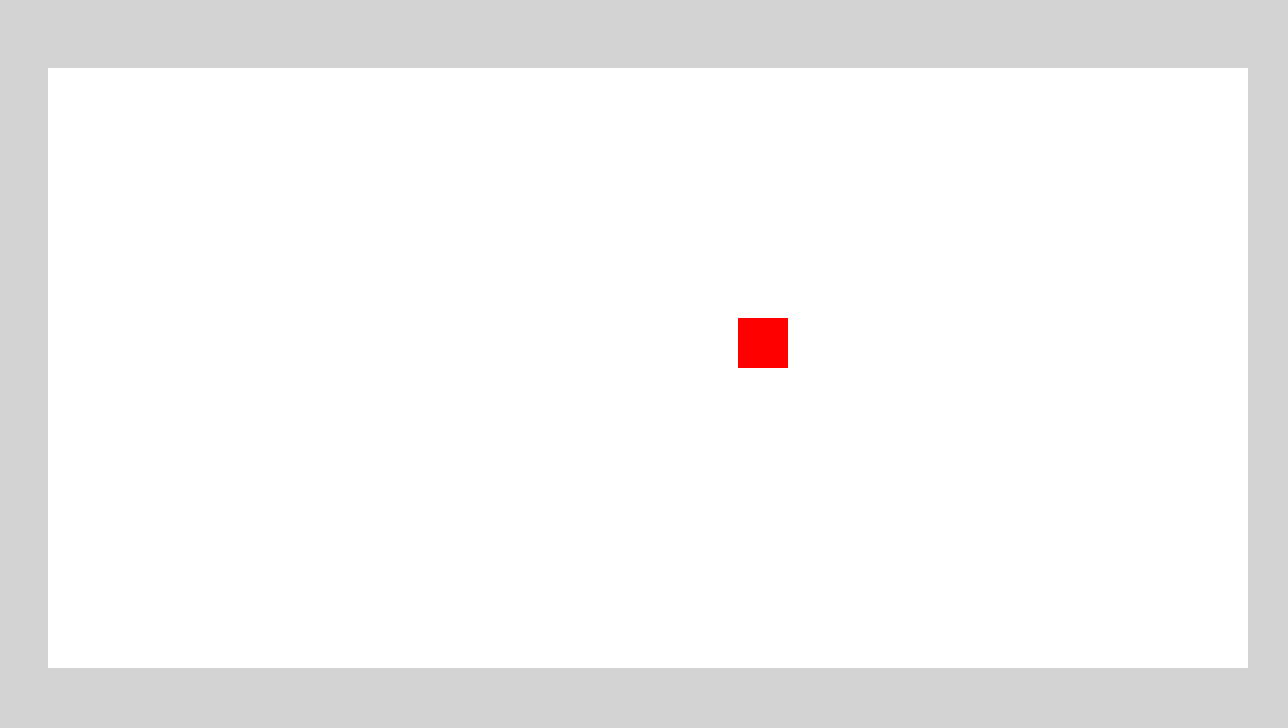
Repository: fbansept/ran3_24_jeu
Page: index.html
The author's editor kept a copy of each file at every save. The page is drawn from the files as they stood at one save, then again after the next save.
The browser window is 1280 px wide. The page is 1288 px wide, so the pictures cover 1288 px, including what lies to the right of the window. The pictures show the whole page.

Above is the page before, as saved 2024-11-04 09:32:27.

After the next save:
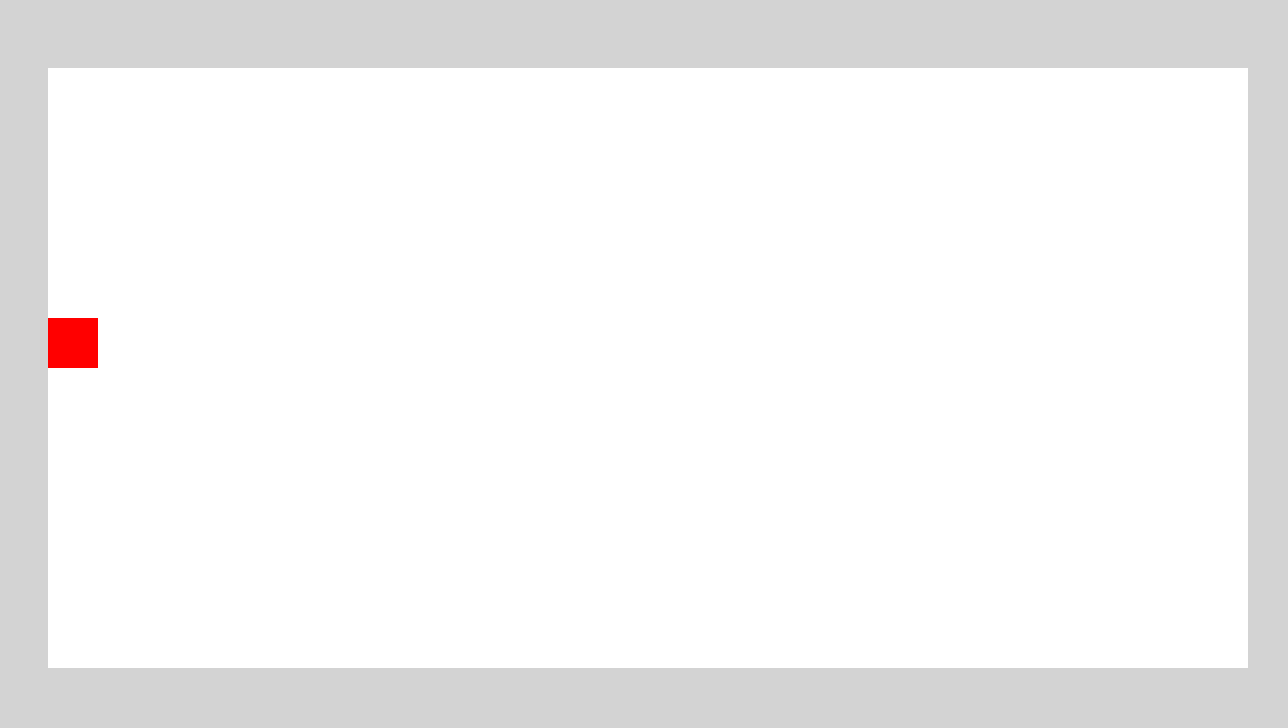
Console error: SyntaxError: Identifier 'hauteurScene' has already been declared
Saved 4 s later.
--- a/script.js
+++ b/script.js
@@ -9,7 +9,7 @@
 
 let positionXjoueur = 0;
 let vitesseX = 10;
-
+let hauteurScene = 600;
 let hauteurScene = 600;
 let largeurScene = 1200;
 

After the save that followed:
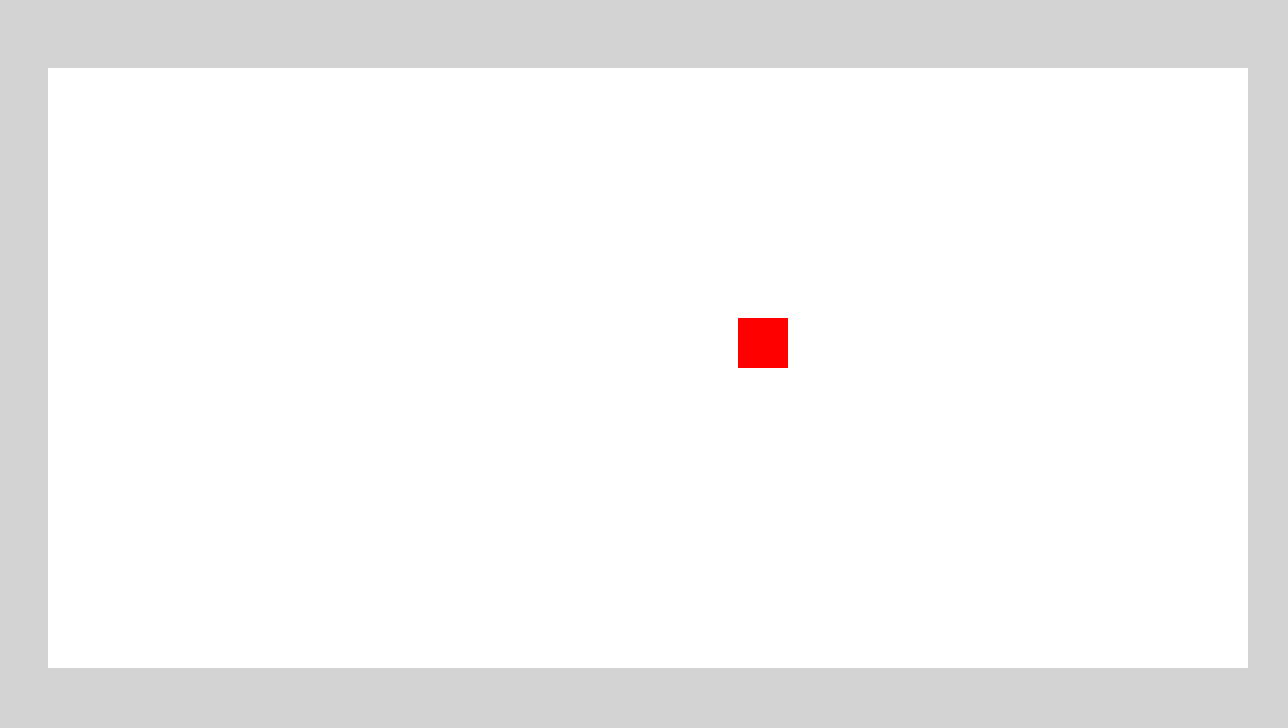
The error is gone.
Saved 4 s later.
--- a/script.js
+++ b/script.js
@@ -9,7 +9,7 @@
 
 let positionXjoueur = 0;
 let vitesseX = 10;
-let hauteurScene = 600;
+let largeur = 600;
 let hauteurScene = 600;
 let largeurScene = 1200;
 
